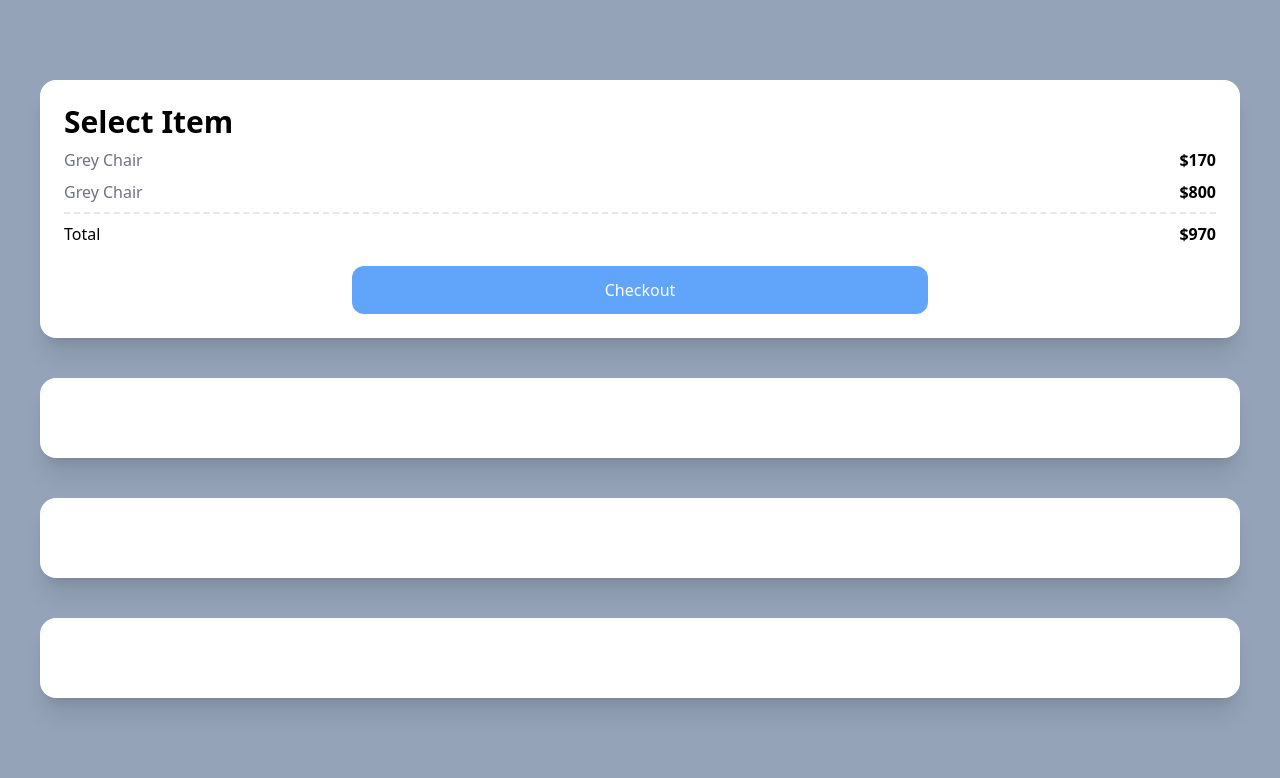
Repository: pjk0007/nextjs-carrot-marcket
Page: /
These files come from the project's save history. The page is drawn as it stood at one moment and after the next save; the edit follows.
The browser window is 1280 px wide. The pictures show the whole page.
The project was rebuilt for these pictures with package versions that can differ from the ones it lists, and the page was loaded fresh each time. The framework's server and built-in components were replaced by stand-ins that run in the browser. Also part of the build but not shown: next.config.js.

Above is the page before, as saved 2022-04-30 13:03:59.

### pages/index.tsx
import type { NextPage } from 'next'
const Home: NextPage = () => {
  return (
    <div className='bg-slate-400 py-20 px-10 grid gap-10'>
      <div className='bg-white p-6 rounded-2xl shadow-xl'>
        <span className='font-semibold text-3xl'>Select Item</span>
        <div className='flex justify-between my-2'>
          <span className='text-gray-500'>Grey Chair</span>
          <span className='font-semibold'>$170</span>
        </div>
        <div className='flex justify-between'>
          <span className='text-gray-500'>Grey Chair</span>
          <span className='font-semibold'>$800</span>
        </div>
        <div className='flex justify-between mt-2 pt-2 border-t-2 border-dashed'>
          <span>Total</span>
          <span className='font-semibold'>$970</span>
        </div>
        <div className='mt-5 bg-blue-400 text-white p-3 text-center rounded-xl w-1/2 mx-auto'>Checkout</div>
      </div>
      <div className='bg-white p-10 rounded-2xl shadow-xl'></div>
      <div className='bg-white p-10 rounded-2xl shadow-xl'></div>
      <div className='bg-white p-10 rounded-2xl shadow-xl'></div>
    </div>
  );
}

export default Home

### tailwind.config.js
module.exports = {
  content: [
    "./pages/**/*.{js,jsx,ts,tsx}",
    "./components/**/*.{js,jsx,ts,tsx}"
  ],
  theme: {
    extend: {},
  },
  plugins: [],
}

Loaded but not shown: pages/_app.tsx (common file); styles/globals.css (common file)

After the next save:
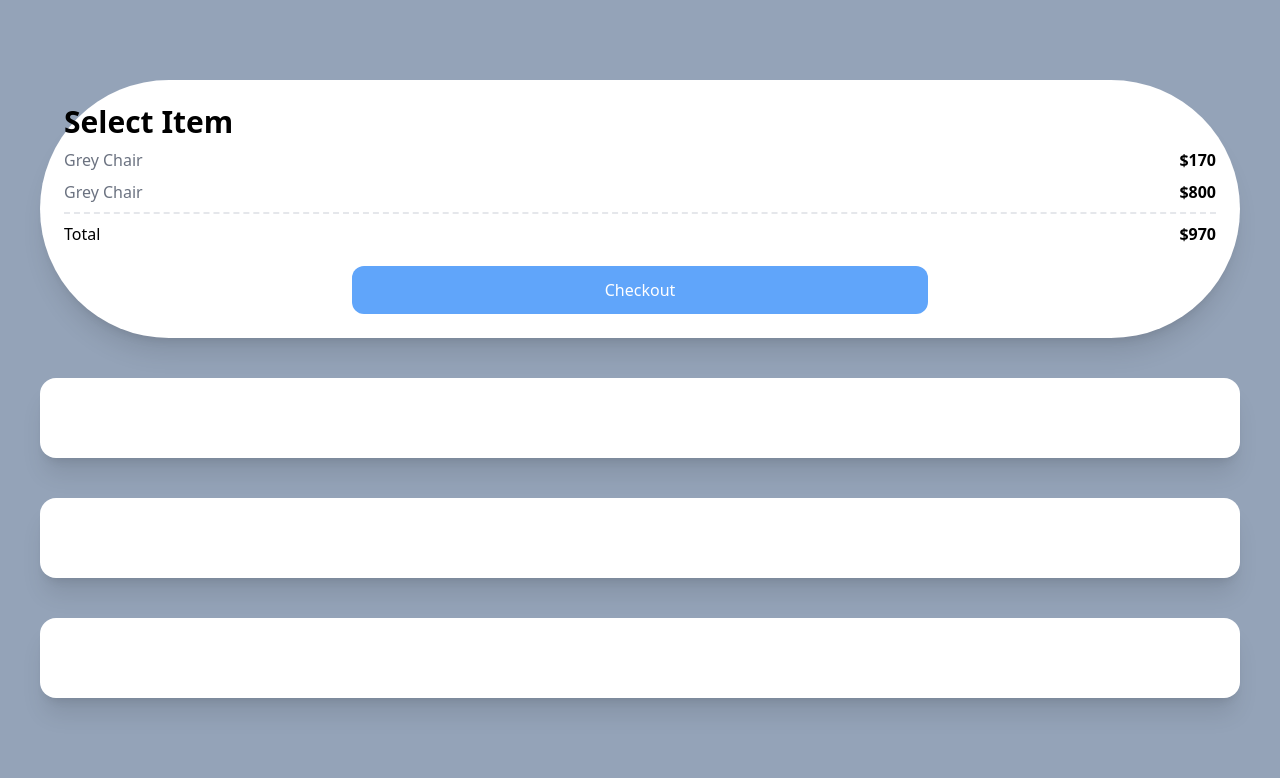
Saved 30 s later.
--- a/pages/index.tsx
+++ b/pages/index.tsx
@@ -2,7 +2,7 @@
 const Home: NextPage = () => {
   return (
     <div className='bg-slate-400 py-20 px-10 grid gap-10'>
-      <div className='bg-white p-6 rounded-2xl shadow-xl'>
+      <div className='bg-white p-6 rounded-full shadow-xl'>
         <span className='font-semibold text-3xl'>Select Item</span>
         <div className='flex justify-between my-2'>
           <span className='text-gray-500'>Grey Chair</span>

After the 2 saves that followed:
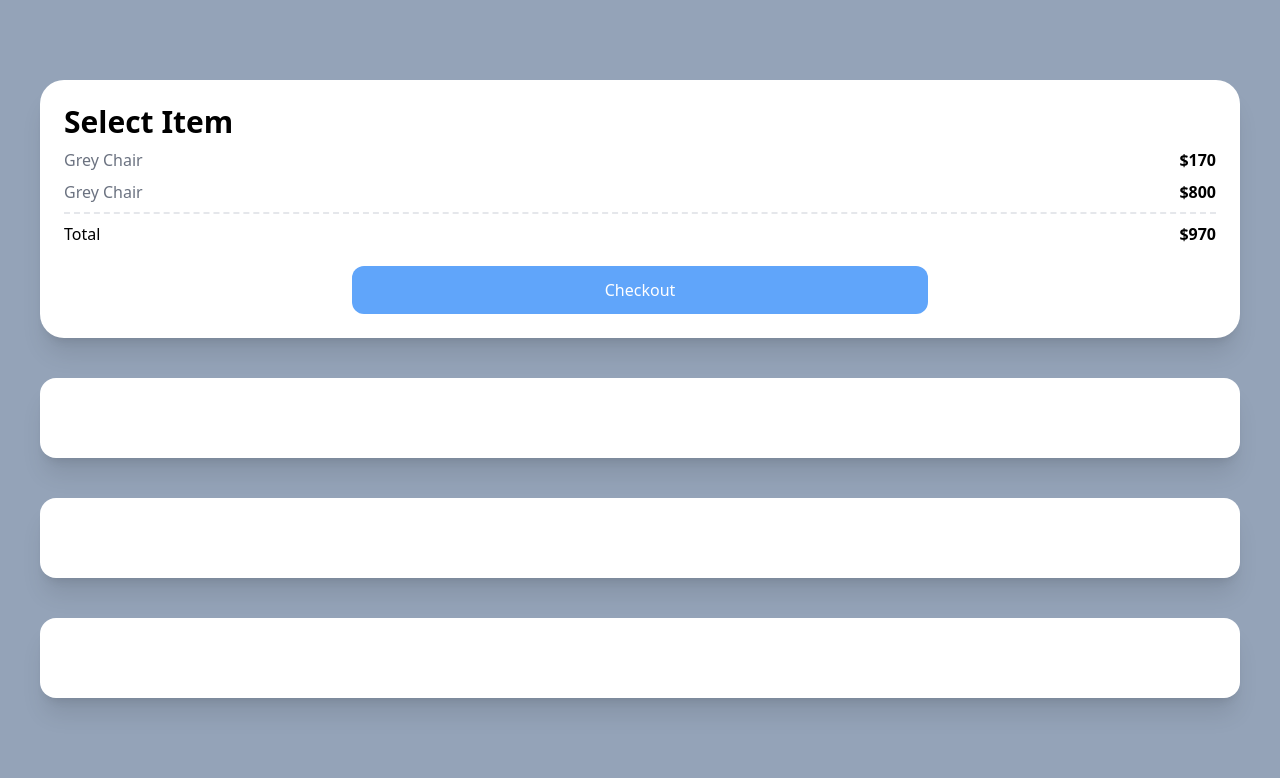
The 2 saves are shown as one change because they came seconds apart.
The last was saved 6 s later.
--- a/pages/index.tsx
+++ b/pages/index.tsx
@@ -2,7 +2,7 @@
 const Home: NextPage = () => {
   return (
     <div className='bg-slate-400 py-20 px-10 grid gap-10'>
-      <div className='bg-white p-6 rounded-full shadow-xl'>
+      <div className='bg-white p-6 rounded-3xl shadow-xl'>
         <span className='font-semibold text-3xl'>Select Item</span>
         <div className='flex justify-between my-2'>
           <span className='text-gray-500'>Grey Chair</span>
